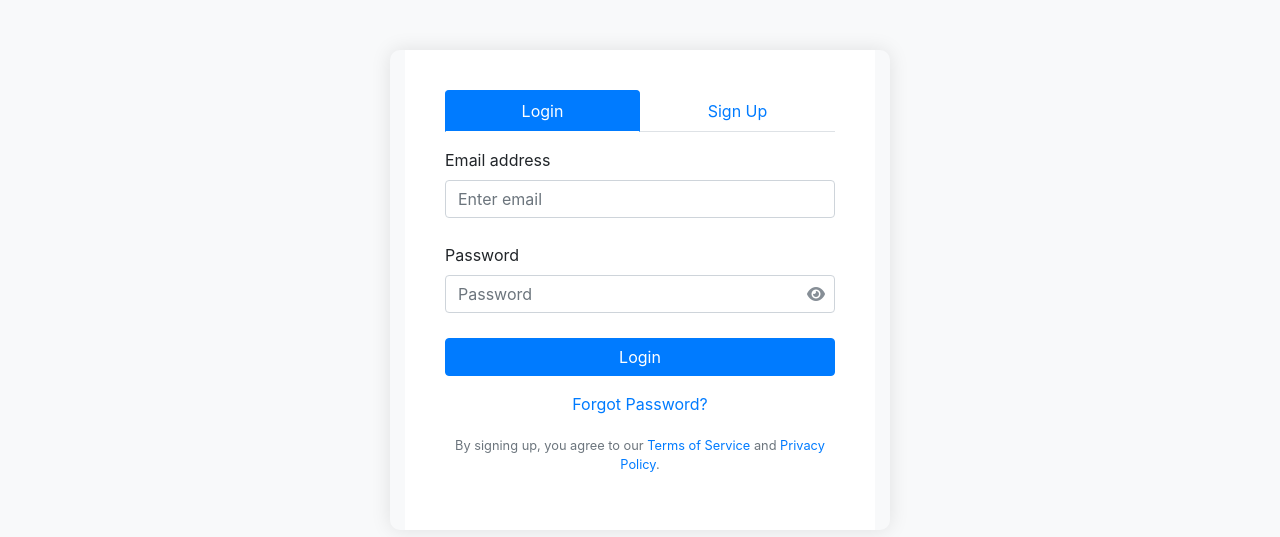
Repository: Darkrepo23/Ecommerce-Manalastas-project
Page: login.html
These files come from the project's save history. The page is drawn as it stood at one moment and after the next save; the edit follows.
The browser window is 1280 px wide. The pictures show the whole page.
Some web libraries are served in a nearby version.

Above is the page before, as saved 2025-12-15 16:41:47.

### login.html
 <!DOCTYPE html>
 <html lang="en">
 <head>
  <meta charset="UTF-8">
  <meta name="viewport" content="width=device-width, initial-scale=1.0">
  <title>Login/Signup Page</title>
  <link rel="stylesheet" href="https://stackpath.bootstrapcdn.com/bootstrap/4.5.2/css/bootstrap.min.css">
  <link rel="stylesheet" href="https://cdnjs.cloudflare.com/ajax/libs/font-awesome/6.0.0/css/all.min.css" integrity="sha512-9usAa10IRO0HhonpyAIVpjrylPvoDwiPUiKdWk5t3PyolY1cOd4DSE0Ga+ri4AuTroPR5aQvXU9xC6qOPnzFeg==" crossorigin="anonymous" referrerpolicy="no-referrer" />
  <style>
   body {
    background-color: #f8f9fa;
   }
   .container {
    max-width: 500px;
    margin-top: 50px;
    box-shadow: 0 0 20px rgba(0, 0, 0, 0.1);
    border-radius: 10px;
    overflow: hidden;
   }
   .form-container {
    padding: 40px;
    background-color: #fff;
   }
   .form-group {
    margin-bottom: 25px;
   }
   .btn-primary {
    background-color: #007bff;
    border-color: #007bff;
    transition: background-color 0.3s ease;
   }
   .btn-primary:hover {
    background-color: #0056b3;
    border-color: #0056b3;
   }
   .animation {
    animation: fadeIn 0.5s ease-in-out;
   }
   @keyframes fadeIn {
    from {
     opacity: 0;
     transform: translateY(-20px);
    }
    to {
     opacity: 1;
     transform: translateY(0);
    }
   }
   /* Style for Terms and Policy section */
   .terms-policy {
    margin-top: 20px;
    font-size: 0.8rem;
    color: #6c757d;
   }
   /* Tabs Styles */
   .nav-tabs .nav-link {
    color: #007bff;
   }
   .nav-tabs .nav-link.active {
    background-color: #007bff;
    color: white;
    border-color: #007bff #007bff #fff;
   }
   .password-input-group {
    position: relative;
   }
   .password-input-group .show-password-button {
    position: absolute;
    right: 10px;
    top: 50%;
    transform: translateY(-50%);
    background: none;
    border: none;
    cursor: pointer;
    padding: 0;
    color: #868e96;
   }
   .password-input-group .show-password-button:focus {
    outline: none;
   }
   /* OTP Styles */
   .otp-input-group {
    display: flex;
    justify-content: space-between;
   }
   .otp-input {
    width: 18%;
    text-align: center;
    padding: 10px;
    border: 1px solid #ced4da;
    border-radius: 4px;
   }
   .otp-input:focus {
    outline: none;
    border-color: #007bff;
    box-shadow: 0 0 0 0.2rem rgba(0, 123, 255, 0.25);
   }
  </style>
 </head>
 <body>
  <div class="container animation">
   <div class="form-container">
    <ul class="nav nav-tabs nav-justified" id="myTab" role="tablist">
     <li class="nav-item">
      <a class="nav-link active" id="login-tab" data-toggle="tab" href="#login" role="tab" aria-controls="login" aria-selected="true">Login</a>
     </li>
     <li class="nav-item">
      <a class="nav-link" id="signup-tab" data-toggle="tab" href="#signup" role="tab" aria-controls="signup" aria-selected="false">Sign Up</a>
     </li>
    </ul>
    <div class="tab-content mt-3" id="myTabContent">
     <div class="tab-pane fade show active" id="login" role="tabpanel" aria-labelledby="login-tab">
      <form>
       <div class="form-group">
        <label for="loginEmail">Email address</label>
        <input type="email" class="form-control" id="loginEmail" placeholder="Enter email">
       </div>
       <div class="form-group">
        <label for="loginPassword">Password</label>
        <div class="password-input-group">
         <input type="password" class="form-control" id="loginPassword" placeholder="Password">
         <button type="button" class="show-password-button" onclick="toggleLoginPasswordVisibility()">
          <i class="fa fa-eye" aria-hidden="true"></i>
         </button>
        </div>
       </div>
       <button type="submit" class="btn btn-primary btn-block">Login</button>
       <div class="text-center mt-3">
        <a href="#">Forgot Password?</a>
       </div>
      </form>
     </div>
     <div class="tab-pane fade" id="signup" role="tabpanel" aria-labelledby="signup-tab">
      <form>
       <div class="form-group">
        <label for="signupName">Full Name</label>
        <input type="text" class="form-control" id="signupName" placeholder="Enter your name">
       </div>
       <div class="form-group">
        <label for="signupEmail">Email address</label>
        <input type="email" class="form-control" id="signupEmail" placeholder="Enter email">
       </div>
       <div class="form-group">
        <label for="signupPassword">Password</label>
        <div class="password-input-group">
         <input type="password" class="form-control" id="signupPassword" placeholder="Password">
         <button type="button" class="show-password-button" onclick="toggleSignupPasswordVisibility()">
          <i class="fa fa-eye" aria-hidden="true"></i>
         </button>
        </div>
       </div>
       <div class="form-group">
        <label>OTP</label>
        <div class="otp-input-group">
         <input type="text" class="otp-input" id="otp1" maxLength="1">
         <input type="text" class="otp-input" id="otp2" maxLength="1">
         <input type="text" class="otp-input" id="otp3" maxLength="1">
         <input type="text" class="otp-input" id="otp4" maxLength="1">
         <input type="text" class="otp-input" id="otp5" maxLength="1">
        </div>
       </div>
       <button type="button" class="btn btn-primary btn-block" onclick="sendOTP()">Send OTP</button>
       <button type="submit" class="btn btn-primary btn-block">Sign Up</button>
      </form>
     </div>
    </div>
    <div class="terms-policy text-center">
     <p>By signing up, you agree to our <a href="#" data-toggle="modal" data-target="#termsModal">Terms of Service</a> and <a href="#" data-toggle="modal" data-target="#privacyModal">Privacy Policy</a>.</p>
    </div>
   </div>
  </div>
  <!-- Terms Modal -->
  <div class="modal fade" id="termsModal" tabindex="-1" role="dialog" aria-labelledby="termsModalLabel" aria-hidden="true">
   <div class="modal-dialog" role="document">
    <div class="modal-content">
     <div class="modal-header">
      <h5 class="modal-title" id="termsModalLabel">Terms of Service</h5>
      <button type="button" class="close" data-dismiss="modal" aria-label="Close">
       <span aria-hidden="true">&times;</span>
      </button>
     </div>
     <div class="modal-body">
      <!-- Add your terms of service content here -->
      <p>This is where your terms of service content goes. You can add detailed information about the terms and conditions of using our service.</p>
     </div>
     <div class="modal-footer">
      <button type="button" class="btn btn-secondary" data-dismiss="modal">Close</button>
     </div>
    </div>
   </div>
  </div>
  <!-- Privacy Modal -->
  <div class="modal fade" id="privacyModal" tabindex="-1" role="dialog" aria-labelledby="privacyModalLabel" aria-hidden="true">
   <div class="modal-dialog" role="document">
    <div class="modal-content">
     <div class="modal-header">
      <h5 class="modal-title" id="privacyModalLabel">Privacy Policy</h5>
      <button type="button" class="close" data-dismiss="modal" aria-label="Close">
       <span aria-hidden="true">&times;</span>
      </button>
     </div>
     <div class="modal-body">
      <!-- Add your privacy policy content here -->
      <p>This is where your privacy policy content goes. Explain how you collect, use, and protect user data.</p>
     </div>
     <div class="modal-footer">
      <button type="button" class="btn btn-secondary" data-dismiss="modal">Close</button>
     </div>
    </div>
   </div>
  </div>
  <script src="https://code.jquery.com/jquery-3.5.1.slim.min.js"></script>
  <script src="https://cdn.jsdelivr.net/npm/@popperjs/core@2.5.3/dist/umd/popper.min.js"></script>
  <script src="https://stackpath.bootstrapcdn.com/bootstrap/4.5.2/js/bootstrap.min.js"></script>
  <script>
   $(document).ready(function () {
    $('#myTab a').on('click', function (e) {
     e.preventDefault()
     $(this).tab('show')
    })
   });

   function toggleLoginPasswordVisibility() {
    var passwordInput = document.getElementById("loginPassword");
    var icon = document.querySelector("#login .show-password-button i");
    if (passwordInput.type === "password") {
     passwordInput.type = "text";
     icon.classList.remove("fa-eye");
     icon.classList.add("fa-eye-slash");
    } else {
     passwordInput.type = "password";
     icon.classList.remove("fa-eye-slash");
     icon.classList.add("fa-eye");
    }
   }

   function toggleSignupPasswordVisibility() {
    var passwordInput = document.getElementById("signupPassword");
    var icon = document.querySelector("#signup .show-password-button i");
    if (passwordInput.type === "password") {
     passwordInput.type = "text";
     icon.classList.remove("fa-eye");
     icon.classList.add("fa-eye-slash");
    } else {
     passwordInput.type = "password";
     icon.classList.remove("fa-eye-slash");
     icon.classList.add("fa-eye");
    }
   }

   function sendOTP() {
    // Add your OTP sending logic here
    alert("OTP sent!"); // Replace with actual OTP sending code
   }
  </script>
 </body>
 </html>

After the next save:
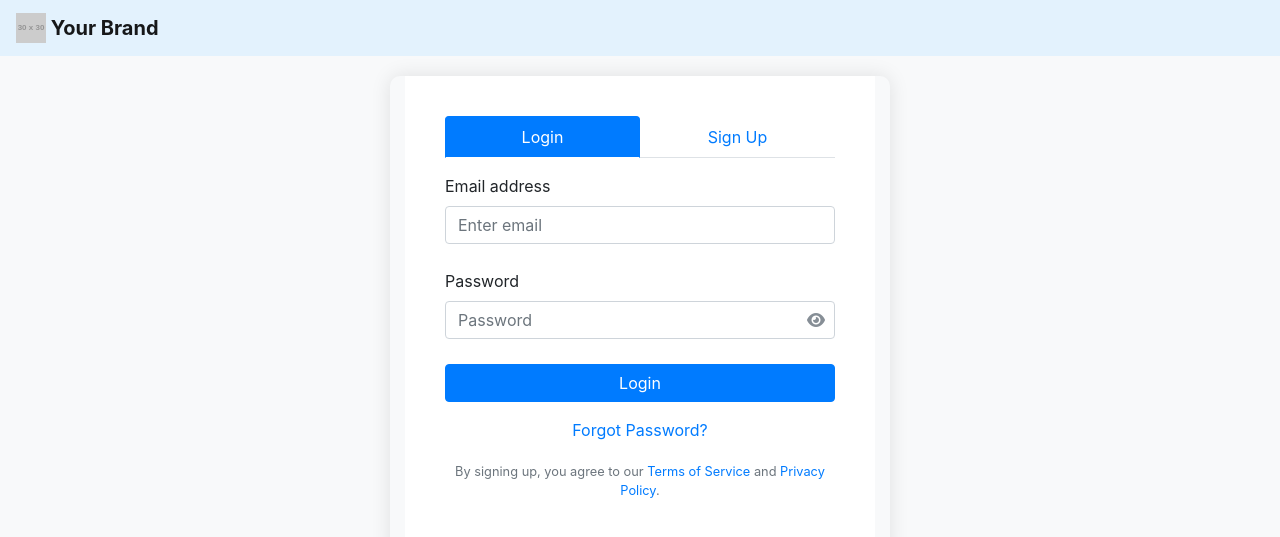
Saved 6 min 3 s later.
--- a/login.html
+++ b/login.html
@@ -10,9 +10,15 @@
    body {
     background-color: #f8f9fa;
    }
+   .navbar {
+    background-color: #e3f2fd; /* Light blue */
+   }
+   .navbar-brand {
+    font-weight: bold;
+   }
    .container {
     max-width: 500px;
-    margin-top: 50px;
+    margin-top: 20px; /* Reduced margin */
     box-shadow: 0 0 20px rgba(0, 0, 0, 0.1);
     border-radius: 10px;
     overflow: hidden;
@@ -98,6 +104,12 @@
   </style>
  </head>
  <body>
+  <nav class="navbar navbar-light">
+   <a class="navbar-brand" href="#">
+    <img src="https://via.placeholder.com/30" width="30" height="30" class="d-inline-block align-top" alt="">
+    Your Brand
+   </a>
+  </nav>
   <div class="container animation">
    <div class="form-container">
     <ul class="nav nav-tabs nav-justified" id="myTab" role="tablist">

After the save that followed:
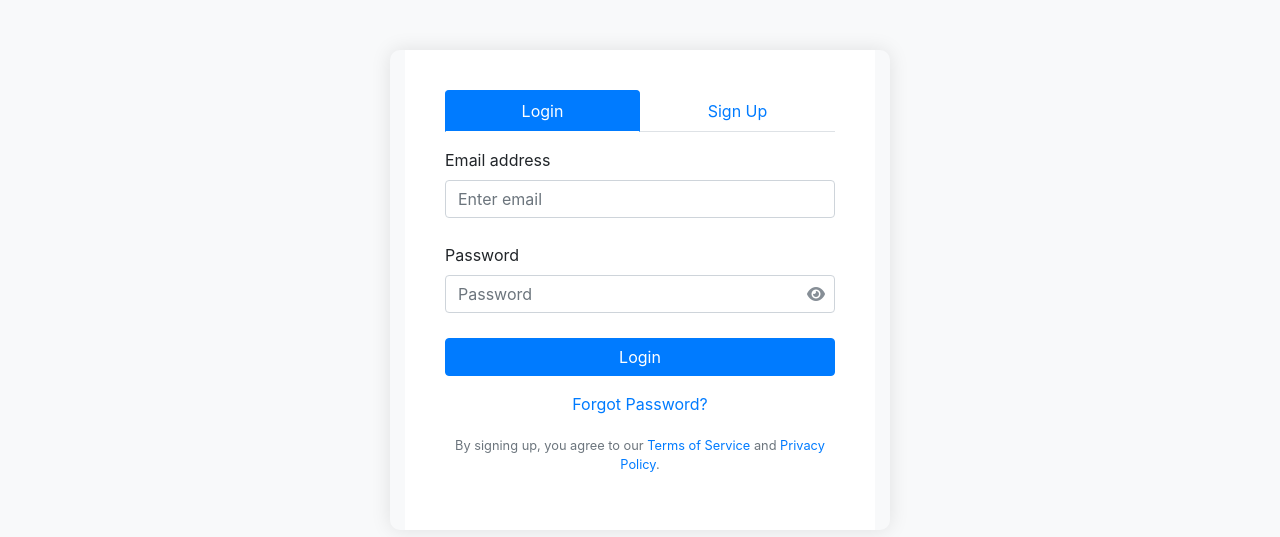
Saved 12 s later.
--- a/login.html
+++ b/login.html
@@ -10,15 +10,9 @@
    body {
     background-color: #f8f9fa;
    }
-   .navbar {
-    background-color: #e3f2fd; /* Light blue */
-   }
-   .navbar-brand {
-    font-weight: bold;
-   }
    .container {
     max-width: 500px;
-    margin-top: 20px; /* Reduced margin */
+    margin-top: 50px;
     box-shadow: 0 0 20px rgba(0, 0, 0, 0.1);
     border-radius: 10px;
     overflow: hidden;
@@ -104,12 +98,6 @@
   </style>
  </head>
  <body>
-  <nav class="navbar navbar-light">
-   <a class="navbar-brand" href="#">
-    <img src="https://via.placeholder.com/30" width="30" height="30" class="d-inline-block align-top" alt="">
-    Your Brand
-   </a>
-  </nav>
   <div class="container animation">
    <div class="form-container">
     <ul class="nav nav-tabs nav-justified" id="myTab" role="tablist">
